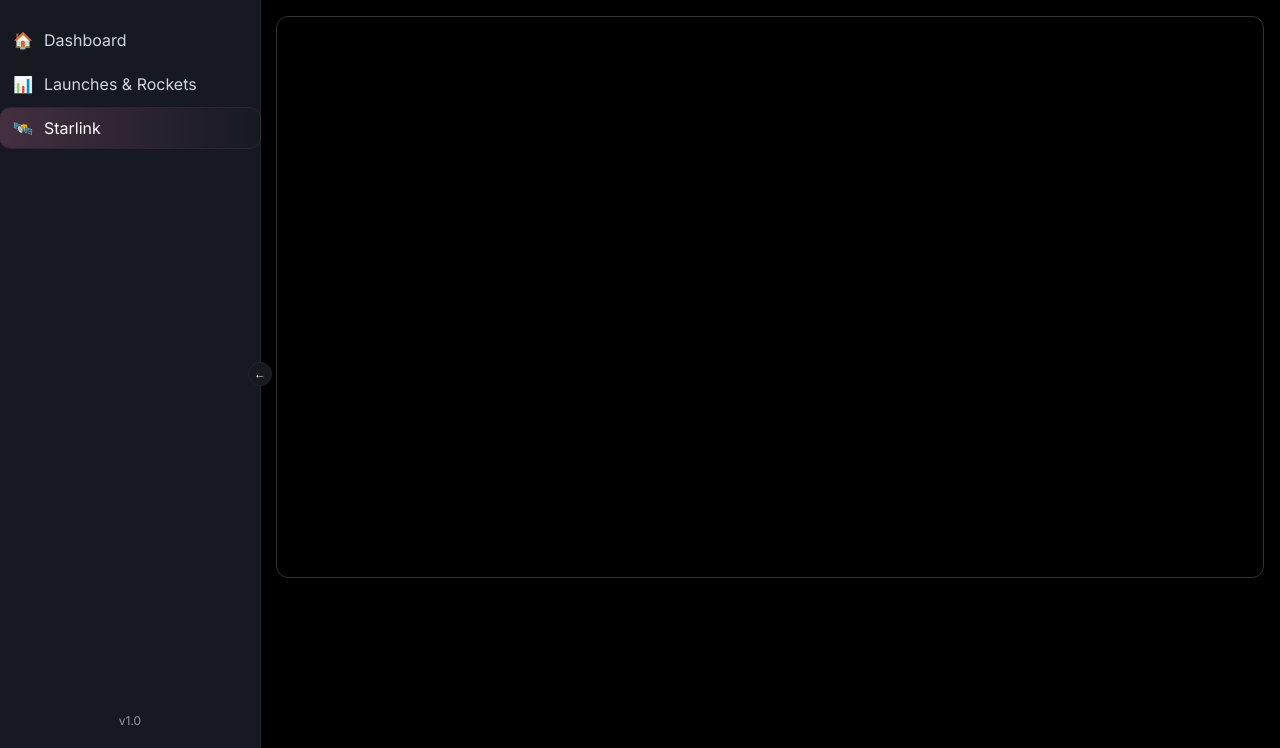
Repository: Regieslu/spacex-dashboard-project
Page: /starlink (app in frontend/)
An editor plug-in stored every save of this project. The page is shown before and after the next save, followed by the edit.
The browser window is 1280 px wide. The pictures show the whole page.
The project was rebuilt for these pictures with package versions that can differ from the ones it lists, and the page was loaded fresh each time. Also part of the build but not shown: frontend/vite.config.ts.

Above is the page before, as saved 2025-09-07 14:56:42.

After the next save:
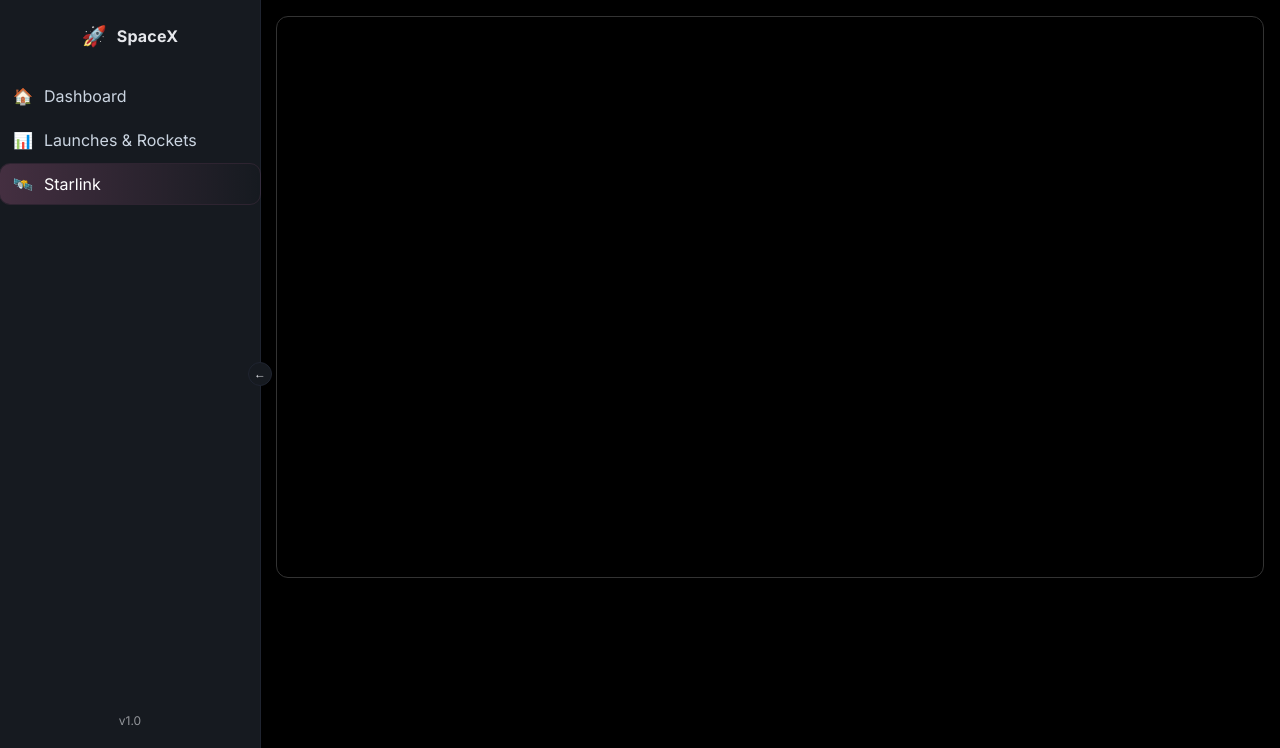
Saved 22 s later.
--- a/frontend/src/components/layout/Sidebar.vue
+++ b/frontend/src/components/layout/Sidebar.vue
@@ -4,6 +4,11 @@
     @keydown.esc="isOpen = false"
     aria-label="Primary"
   >
+    <div class="brand">
+      <span class="logo">🚀</span>
+      <span class="name" v-show="!isCollapsed">SpaceX</span>
+    </div>
+
     <nav class="nav">
       <RouterLink
         v-for="item in items"
